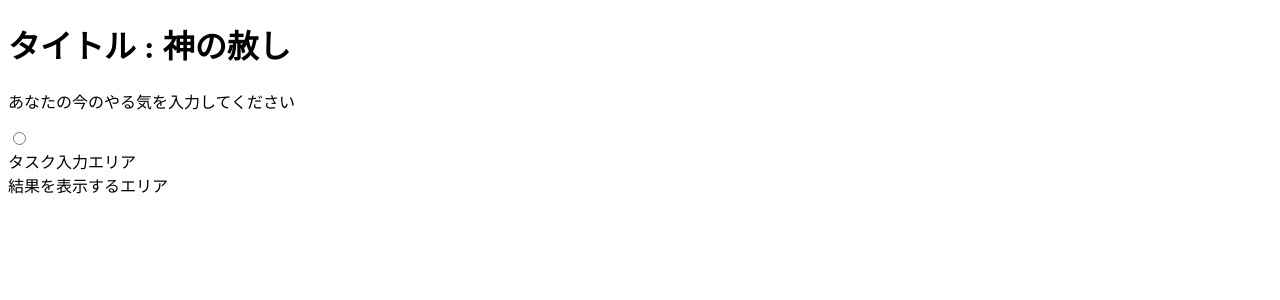
Repository: masa0306/god_forgiveness
Page: index.html
The author's editor kept a copy of each file at every save. The page is drawn from the files as they stood at one save, then again after a run of saves.
The browser window is 1280 px wide. The pictures show the whole page.

Above is the page before, as saved 2024-05-14 22:40:55.

### index.html
<!DOCTYPE html>
<html lang="en">
<head>
    <meta charset="UTF-8">
    <meta name="viewport" content="width=device-width, initial-scale=1.0">
    <title>Document</title>
</head>
<body>
<!-- タイトルトップ -->
<!-- 神の許しを請うボタンを設置し、それを押すと始まるイメージ -->
    <div><h1>タイトル : 神の赦し</h1></div>
    <!-- やる気を入力するエリア -->
    <div>
        <p>あなたの今のやる気を入力してください</p>
        <input type="radio">
    </div>


    <div>タスク入力エリア</div>

    <div>結果を表示するエリア</div>
    <script src="https://ajax.googleapis.com/ajax/libs/jquery/3.7.0/jquery.min.js"></script>
    <script src="/js/script.js"></script>

</body>
</html>

Loaded but not shown: js/script.js (no copy from this time; the picture is the same without it)

After the next 2 saves:
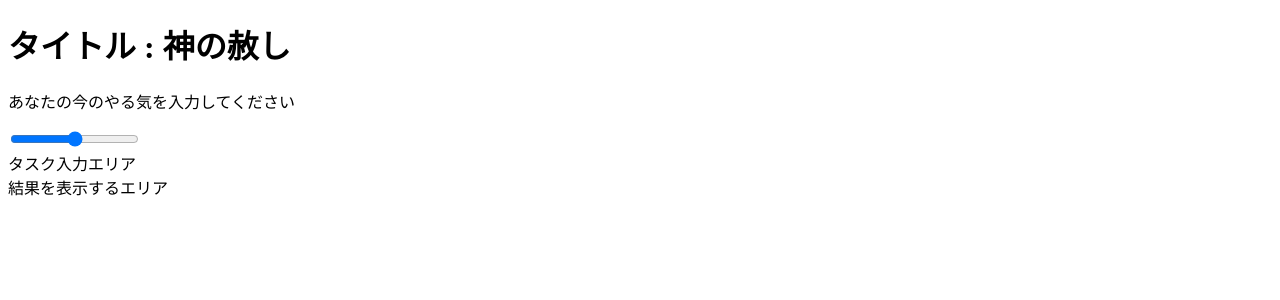
The 2 saves are shown as one change because they came seconds apart.
The last was saved 77 s later.
--- a/index.html
+++ b/index.html
@@ -12,7 +12,7 @@
     <!-- やる気を入力するエリア -->
     <div>
         <p>あなたの今のやる気を入力してください</p>
-        <input type="radio">
+        <input type="range" name="">
     </div>
 
 
